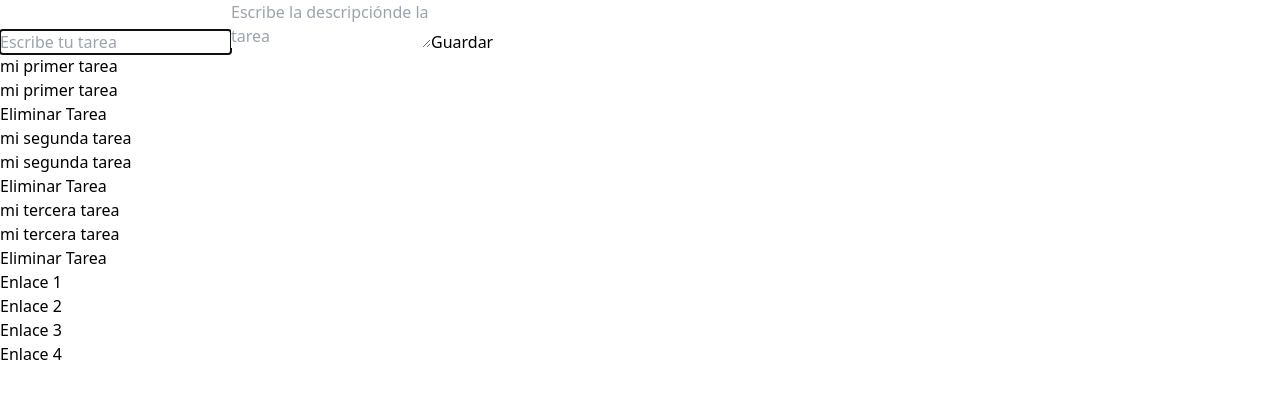
Repository: Ciromontes/AgendaTuTarea
Page: /
The author's editor kept a copy of each file at every save. The page is drawn from the files as they stood at one save, then again after the next save.
The browser window is 1280 px wide. The pictures show the whole page.
The project was rebuilt for these pictures with package versions that can differ from the ones it lists, and the page was loaded fresh each time. Also part of the build but not shown: vite.config.js.

Above is the page before, as saved 2023-09-19 05:56:44.

### index.html
<!doctype html>
<html lang="en">
  <head>
    <meta charset="UTF-8" />
    <link rel="icon" type="image/svg+xml" href="/vite.svg" />
    <meta name="viewport" content="width=device-width, initial-scale=1.0" />
    <title>Vite + React</title>
  </head>
  <body>
    <div id="root"></div>

    <ul>
      <li><a href="">Enlace 1</a></li>
      <li><a href="">Enlace 2</a></li>
      <li><a href="">Enlace 3</a></li>
      <li><a href="">Enlace 4</a></li>
    </ul>
    <script type="module" src="/src/main.jsx"></script>
  </body>
</html>

### src/main.jsx
import React from 'react';
import ReactDOM from 'react-dom/client';
import App from './App';
import './index.css'
import { TaskContextProvider } from './context/TaskContext';

ReactDOM.createRoot(document.getElementById('root')).render(
  <React.StrictMode>
    <TaskContextProvider>
    <App />
    </TaskContextProvider>
  </React.StrictMode>
);

### src/App.jsx

import TaskList from './components/TaskList'
import TaskForm from './components/TaskForm'
function App() {
  return (
    <>
      <TaskForm/>
      <TaskList />
    </>
  )
}

export default App;

### src/context/TaskContext.jsx
import { createContext, useState, useEffect } from 'react'
import { tasks as data } from '../data/tasks'

export const TaskContext = createContext()
export function TaskContextProvider(props) {
    const [tasks, setTasks] = useState([]);

    function createTask(task) {
        setTasks([...tasks, {
            title: task.title,
            id: tasks.length,
            description: task.description
        }])
    }
    function deleteTask(taskId) {
        setTasks(tasks.filter(task => task.id !== taskId));
    }
    useEffect(() => {
        setTasks(data)
    }, []);

    return (
        <TaskContext.Provider value={{
            tasks,
            deleteTask,
            createTask
        }}>
            {props.children}
        </TaskContext.Provider>

    );
}

### src/components/TaskList.jsx
import TaskCard from "./TaskCard";
import { useContext } from "react";
import { TaskContext } from '../context/TaskContext';
function TaskList() {
  const { tasks } = useContext(TaskContext);


  if (tasks.length === 0) {
    return <h1>Noy hay tareas aún</h1>
  }


  return (
    <div>
      {tasks.map((task) => (
        <TaskCard key={task.id} task={task} />
      ))}

    </div>
  );
}

export default TaskList

### src/components/TaskForm.jsx
import { useState, useContext } from "react";
import {TaskContext} from '../context/TaskContext'

function TaskForm() {

    const [title, setTitle] = useState("");
    const [description, setDescription] = useState("");
    const {createTask} = useContext(TaskContext)

    const handleSubmit = (e) => {
        e.preventDefault();
        createTask({
            title,
            description
        });
        setTitle('')
        setDescription('')

    }

    return (
        <form onSubmit={handleSubmit}>
            <input
                placeholder="Escribe tu tarea"
                onChange={(e) => setTitle(e.target.value)}
                value = {title}
                autoFocus
            />
            <textarea placeholder="Escribe la descripciónde la tarea"
                onChange={(e) => setDescription(e.target.value)}
                value = {description}

            ></textarea>

            <button>
                Guardar
            </button>
        </form>
    );
}

export default TaskForm;

### src/data/tasks.js
export const tasks = [
    {
        id: 0,
        title: 'mi primer tarea',
        description: "mi primer tarea",

    },
    {
        id: 1,
        title: 'mi segunda tarea',
        description: "mi segunda tarea",

    }, {
        id: 2,
        title: 'mi tercera tarea',
        description: "mi tercera tarea",

    }
];

### src/components/TaskCard.jsx
import { useContext }from 'react'
import {TaskContext} from '../context/TaskContext'
function TaskCard({ task }) {
    const { deleteTask } =  useContext(TaskContext);
    return (

        <div>
            <h1>{task.title}</h1>
            <p>{task.description}</p>
            <button onClick={() => deleteTask(task.id)}>
                Eliminar Tarea
            </button>
        </div>

    );
}

export default TaskCard;

Loaded but not shown: src/index.css (common file); tailwind.config.js (common file)

After the next save:
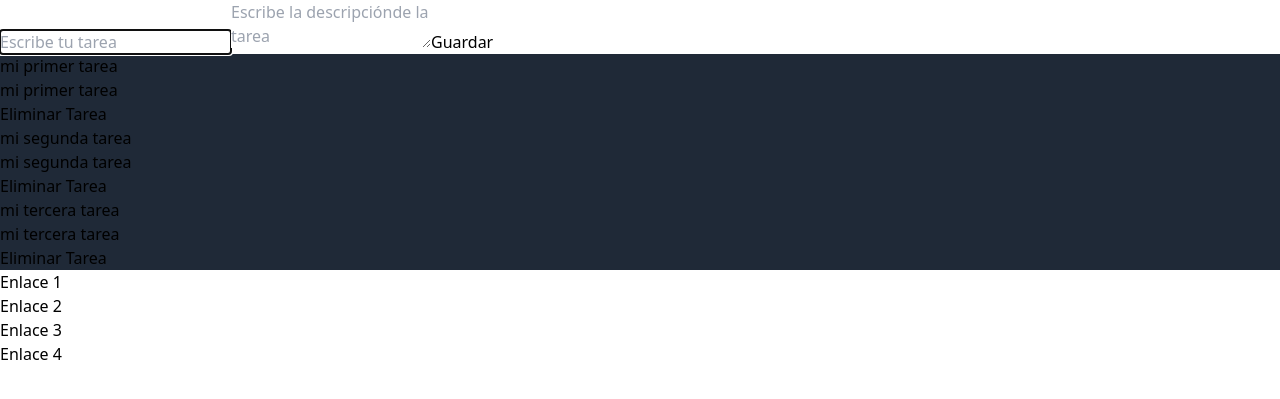
Saved 4 min 58 s later.
--- a/src/components/TaskCard.jsx
+++ b/src/components/TaskCard.jsx
@@ -1,10 +1,10 @@
-import { useContext }from 'react'
-import {TaskContext} from '../context/TaskContext'
+import { useContext } from 'react';
+import {TaskContext} from '../context/TaskContext';
 function TaskCard({ task }) {
     const { deleteTask } =  useContext(TaskContext);
     return (
 
-        <div>
+        <div className='bg-gray-800'>
             <h1>{task.title}</h1>
             <p>{task.description}</p>
             <button onClick={() => deleteTask(task.id)}>
